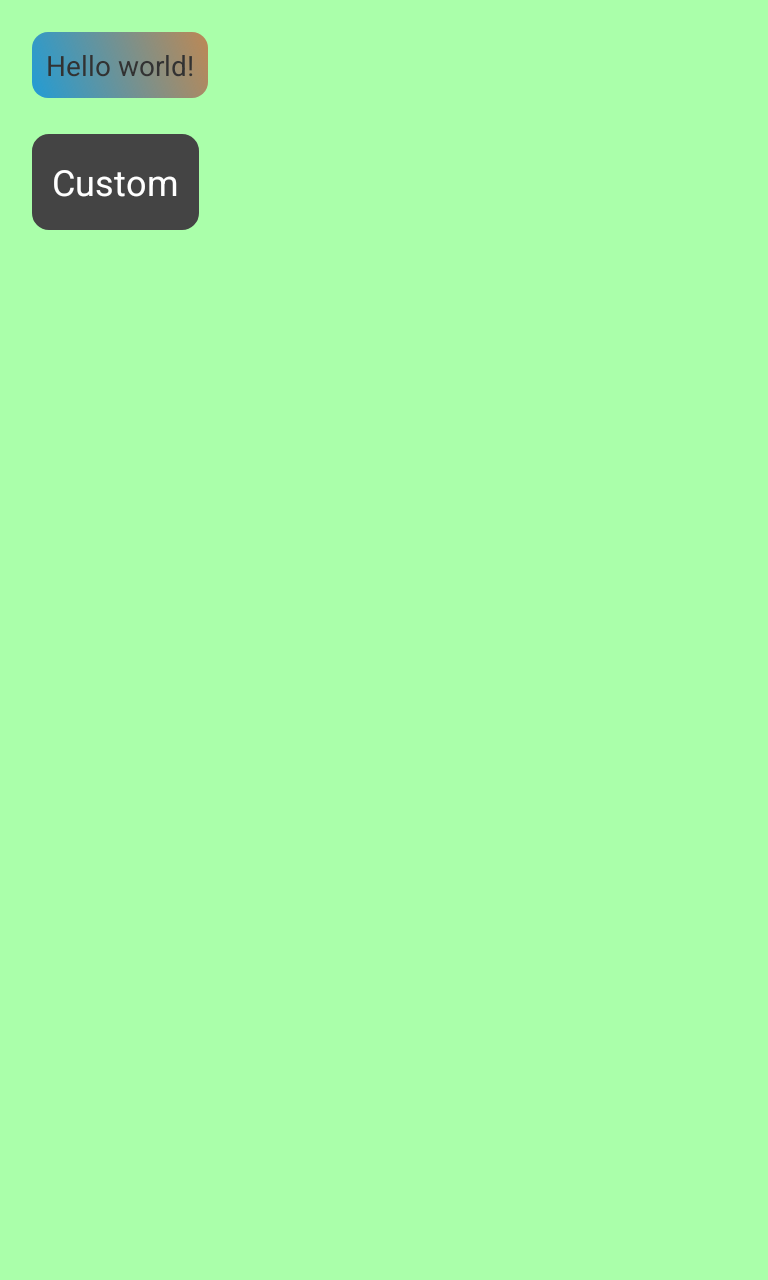
Repository: G3rcar/Android-II
Layout: Clase27Shape/res/layout/activity_main.xml
An editor plug-in stored every save of this project. The layout is shown before and after the next save, followed by the edit.
It is drawn on a 768 x 1280 px phone screen (xhdpi) without system bars, with theme AppTheme; the app's code is not run.

Above is the layout before, as saved 2013-12-09 13:35:35.

After the next save:
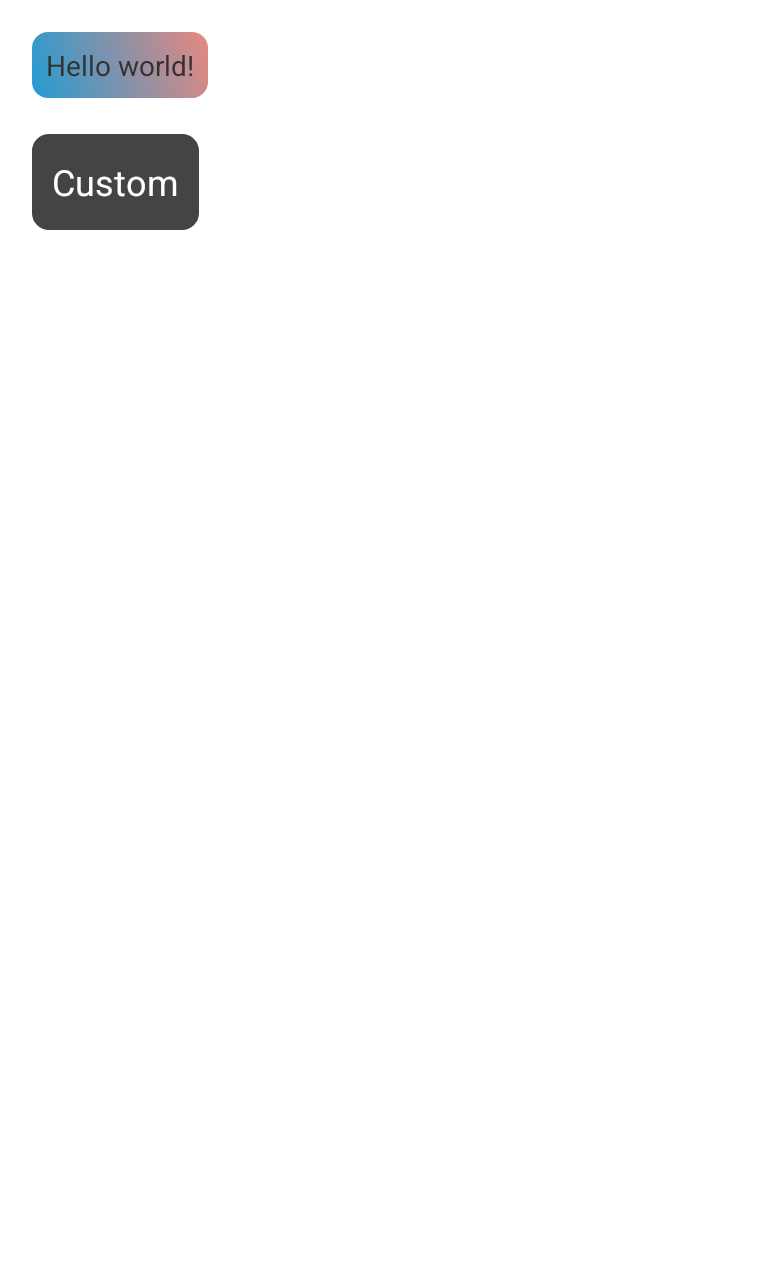
Saved 20 s later.
--- a/Clase27Shape/res/layout/activity_main.xml
+++ b/Clase27Shape/res/layout/activity_main.xml
@@ -6,7 +6,6 @@
     android:paddingLeft="@dimen/activity_horizontal_margin"
     android:paddingRight="@dimen/activity_horizontal_margin"
     android:paddingTop="@dimen/activity_vertical_margin"
-    android:background="@color/green"
     tools:context=".MainActivity" >
 
     <TextView
